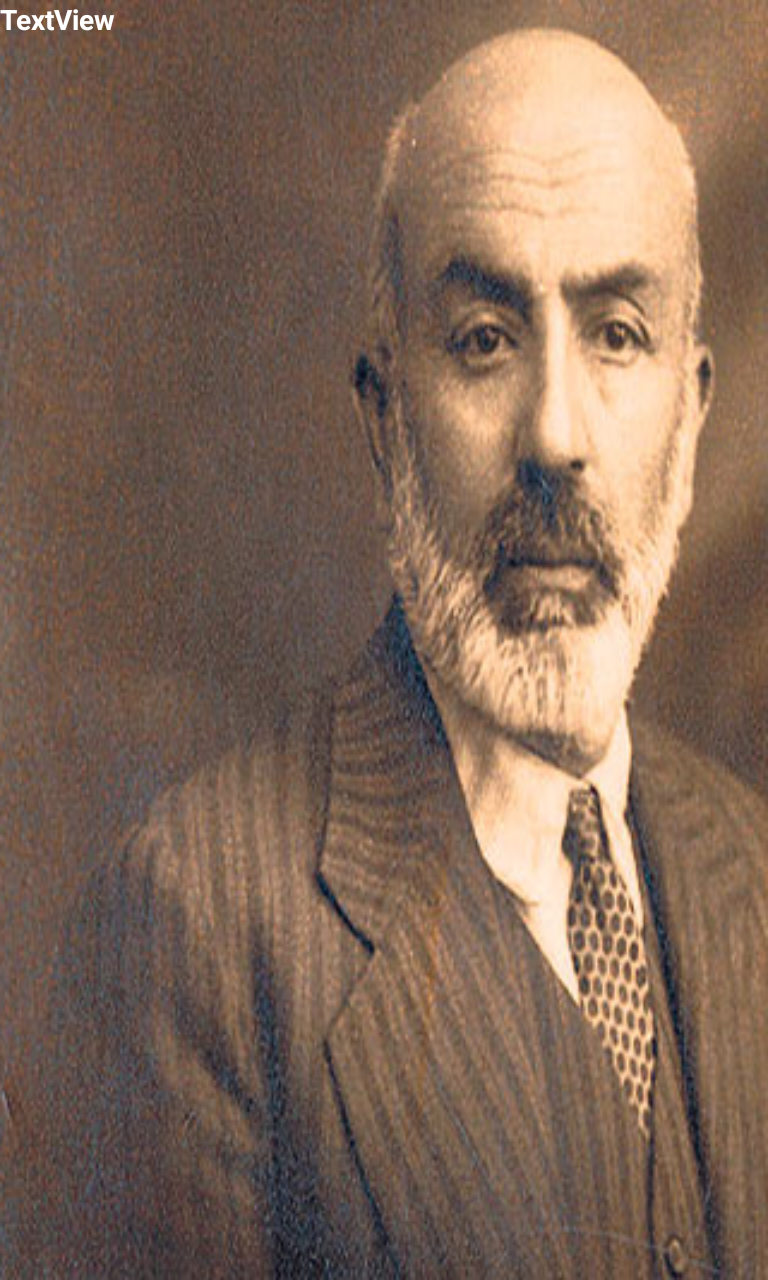
Repository: dokayazilim/Safahat-Android--Uygulamasi
Layout: safahat(android)/Safahat/res/layout/hayati.xml
The author's editor kept a copy of each file at every save. The layout is drawn from the files as they stood at one save, then again after the next save.
It is drawn on a 768 x 1280 px phone screen (xhdpi) without system bars, with theme android:Theme; the app's code is not run.

Above is the layout before, as saved 2012-09-06 11:33:22.

### safahat(android)/Safahat/res/layout/hayati.xml
<?xml version="1.0" encoding="utf-8"?>
<LinearLayout xmlns:android="http://schemas.android.com/apk/res/android"
    android:layout_width="fill_parent"
    android:layout_height="fill_parent"
    android:orientation="vertical" android:background="@drawable/hayati">

    <TextView
        android:id="@+id/textView1"
        android:layout_width="wrap_content"
        android:layout_height="wrap_content"
        android:text="TextView" android:textStyle="bold" android:textColor="#ffffff"/>

</LinearLayout>

After the next save:
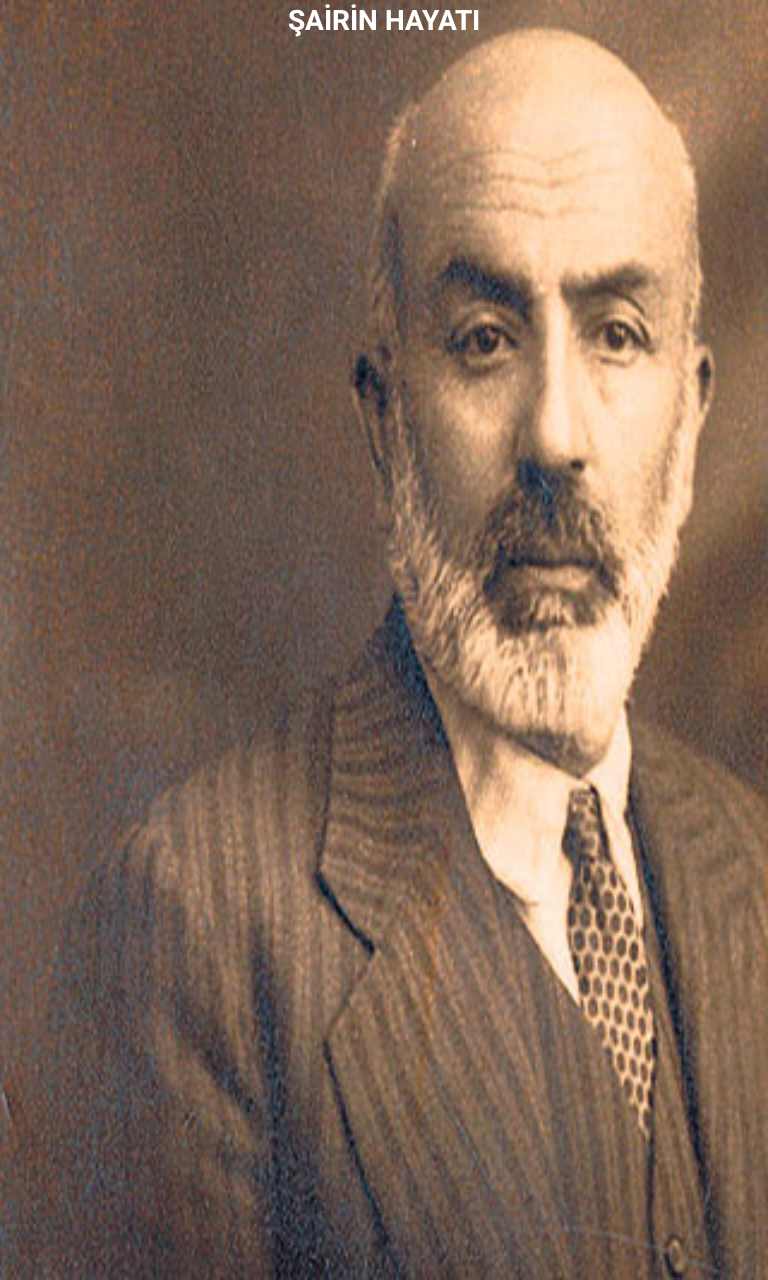
Saved 28 s later.
--- a/safahat(android)/Safahat/res/layout/hayati.xml
+++ b/safahat(android)/Safahat/res/layout/hayati.xml
@@ -8,6 +8,6 @@
         android:id="@+id/textView1"
         android:layout_width="wrap_content"
         android:layout_height="wrap_content"
-        android:text="TextView" android:textStyle="bold" android:textColor="#ffffff"/>
+        android:text="ŞAİRİN HAYATI" android:textStyle="bold" android:textColor="#ffffff" android:layout_gravity="center"/>
 
 </LinearLayout>
